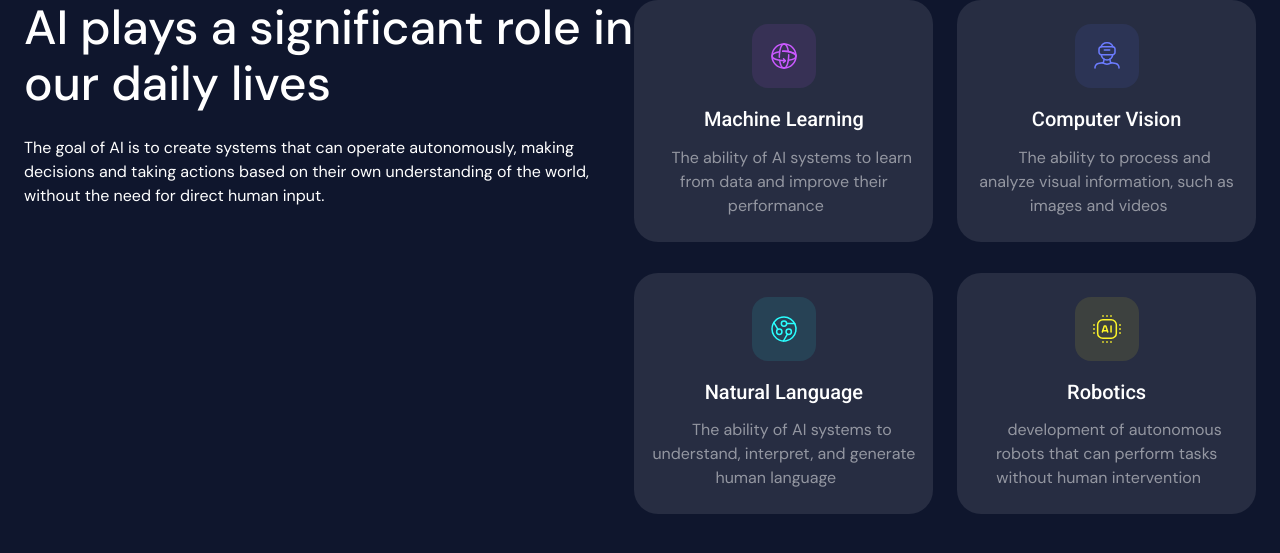
Repository: alphatra/INVO-Academy
Page: / (app in [lvl 1] Sekcja 4 obszarów AI/Starter-code/)
The author's editor kept a copy of each file at every save. The page is drawn from the files as they stood at one save, then again after the next save.
The browser window is 1280 px wide. The pictures show the whole page.
The project was rebuilt for these pictures with package versions that can differ from the ones it lists, and the page was loaded fresh each time.

Above is the page before, as saved 2023-02-24 13:17:46.
Console error: TypeError: Cannot read properties of null (reading 'addEventListener')

### [lvl 1] Sekcja 4 obszarów AI/Starter-code/index.html
<!DOCTYPE html>
<html lang="en">

<head>
  <meta charset="UTF-8" />
  <link rel="icon" type="image/svg+xml" href="/vite.svg" />
  <meta name="viewport" content="width=device-width, initial-scale=1.0" />
  <title>INVO Academy JS Starter with Vite</title>
</head>

<!-- In order to start your challenge, remove all the content inside <div id="home-page"></div> and start coding :) -->

<body>
  <main>
    <section class="header">
      <div class="header__text">
        <h1>AI plays a significant role in our daily lives</h1>
        <span>The goal of AI is to create systems that can operate
          autonomously, making decisions and taking actions based on
          their own understanding of the world, without the need for direct human input.</span>
      </div>
    </section>

    <section class="categories">

      <div class="categories__category">
        <div class="categories__image">
          <img src="/public/images/ML.svg" alt="Machine Learning">
        </div>
        <h4>Machine Learning</h4>
        <span>The ability of AI systems to learn from data and improve their performance</span>
      </div>
      <div class="categories__category">
        <div class="categories__image">
          <img src="/public/images/CV.svg" alt="Computer Vision">
        </div>
        <h4>Computer Vision</h4>
        <span>The ability to process and analyze visual information, such as images and videos</span>
      </div>
      <div class="categories__category">
        <div class="categories__image">
          <img src="/public/images/NL.svg" alt="Natural Language">
        </div>
        <h4>Natural Language</h4>
        <span> The ability of AI systems to understand, interpret, and generate human language</span>
      </div>
      <div class="categories__category">
        <div class="categories__image">
          <img src="/public/images/AI.svg" alt="Robotics">
        </div>
        <h4>Robotics</h4>
        <span>development of autonomous robots that can perform tasks without human intervention</span>
      </div>
    </section>
  </main>


  <script type="module" src="/src/global-scripts/main.js"></script>
  <script type="module" src="/src/pages/home-page/scripts/home-page.js"></script>
</body>

</html>

### [lvl 1] Sekcja 4 obszarów AI/Starter-code/src/pages/home-page/scripts/home-page.js
/// Homepage JavaScript File
/// Here we import all the JavaScript files we need for our homepage.

import '../styles/home-page.scss'

import { setupCounter } from '../../../global-scripts/scripts/counter/counter.js'

setupCounter(document.querySelector('#counter'))

### [lvl 1] Sekcja 4 obszarów AI/Starter-code/src/global-styles/style.scss
/// Main Styles File
/// Here we import all the global Styles files we need for our project.

@import "styles/normalize.scss";
@import "styles/root.scss";
@import "styles/fonts.scss";

body {
  font-family: 'Roboto', sans-serif;
  color: var(--color-primary);
}

p {
  color: var(--color-on-surface);
}

### [lvl 1] Sekcja 4 obszarów AI/Starter-code/src/pages/home-page/styles/home-page.scss
    /// Homepage Styles File
    /// Here we import all the Styles files we need for our Homepage.

    body {
        background-color: #0F162D;
    }

    h1,
    p,
    span {
        font-family: 'DM Sans', sans-serif;
        color: white;
    }

    main {
        padding: 0 24px;
        display: flex;
        align-items: flex-start;

    }

    .header {
        &__text {
            h1 {
                margin-block-start: 0;
                font-size: 48px;
                line-height: 56px;
                font-weight: 500;
                letter-spacing: -0.002em;
                margin-bottom: 24px
            }

            span {
                font-size: 16px;
                line-height: 24px;
                font-weight: 400;
            }

        }
    }

    .categories {
        display: grid;
        grid-template-columns: repeat(2, 1fr) ;
        column-gap: 24px;
        row-gap: 31px;

        .categories__category {
            background: #272D42;
            border-radius: 24px;
            text-align: center;
            color: white;
            padding-top: 24px;
            padding-bottom: 24px;
            padding-left: 16px;
            padding-right: 16px;

            h4 {
                font-size: 20px;
                line-height: 0px;
                font-weight: 500;
            }

            span {
                font-size: 16px;
                line-height: 24px;
                font-weight: 400;
                opacity: 0.5;
                padding-left: 16px;
                padding-right: 16px;
            }
        }
    }

### [lvl 1] Sekcja 4 obszarów AI/Starter-code/src/global-scripts/scripts/counter/counter.js
/// Sample js file for demo purposes
/// Remember to always export your functions
/// so that they can be used in other files

export function setupCounter(element) {
  let counter = 0
  const setCounter = (count) => {
    counter = count
    element.innerHTML = `script test - count is ${counter}`
  }
  element.addEventListener('click', () => setCounter(counter + 1))
  setCounter(0)
}

### [lvl 1] Sekcja 4 obszarów AI/Starter-code/src/global-styles/styles/root.scss
/// Root Styles file
/// Here we define all the root variables we need for our project.
/// For examples see Material Design color system: https://m2.material.io/design/color/the-color-system.html

:root {
    --color-primary: #5721f2;
    --color-on-surface: #000;
}

### [lvl 1] Sekcja 4 obszarów AI/Starter-code/src/global-styles/styles/fonts.scss
/// Main Fonts File
/// Here we import all the fonts files we need for our project.

@import url('https://fonts.googleapis.com/css2?family=Roboto:ital,wght@0,100;0,300;0,400;0,500;0,700;0,900;1,100;1,300;1,400;1,500;1,700;1,900&display=swap');
@import url('https://fonts.googleapis.com/css2?family=DM+Sans:wght@400;500&display=swap');

Loaded but not shown: [lvl 1] Sekcja 4 obszarów AI/Starter-code/src/global-scripts/main.js (common file); [lvl 1] Sekcja 4 obszarów AI/Starter-code/src/global-styles/styles/normalize.scss (common file)

After the next save:
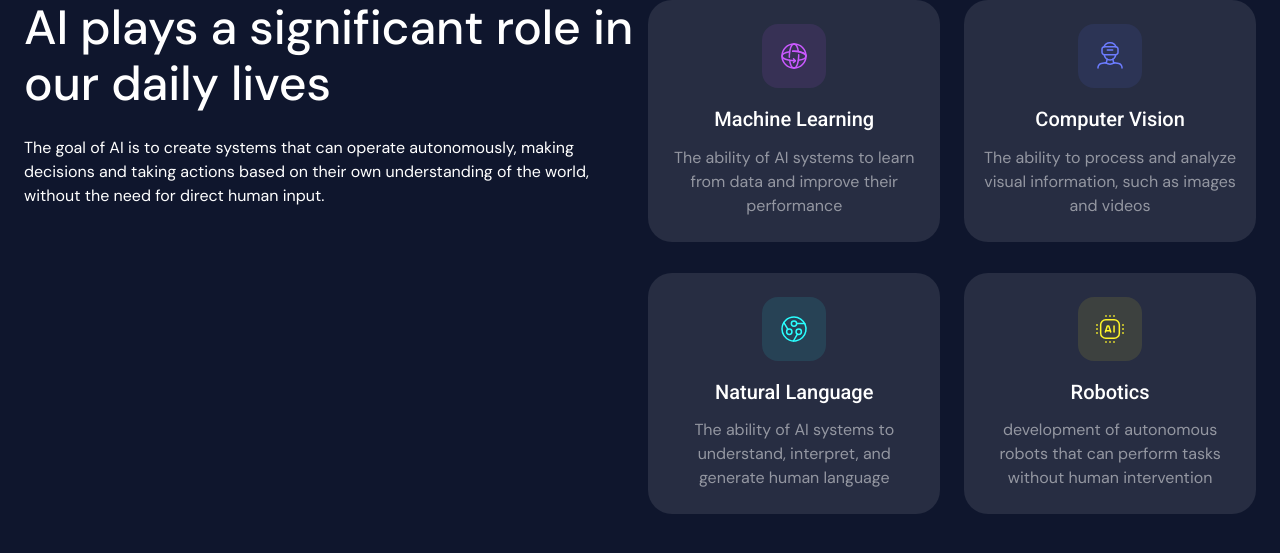
Saved 94 s later.
--- a/[lvl 1] Sekcja 4 obszarów AI/Starter-code/src/pages/home-page/styles/home-page.scss
+++ b/[lvl 1] Sekcja 4 obszarów AI/Starter-code/src/pages/home-page/styles/home-page.scss
@@ -66,8 +66,6 @@
                 line-height: 24px;
                 font-weight: 400;
                 opacity: 0.5;
-                padding-left: 16px;
-                padding-right: 16px;
             }
         }
     }
